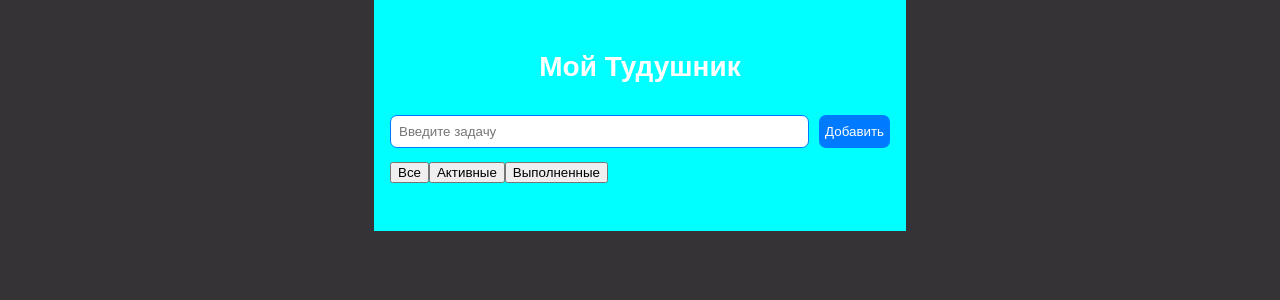
Repository: AlekCawka/-todo-project
Page: /
These files come from the project's save history. The page is drawn as it stood at one moment and after the next save; the edit follows.
The browser window is 1280 px wide. The pictures show the whole page.
The project was rebuilt for these pictures with package versions that can differ from the ones it lists, and the page was loaded fresh each time. Also part of the build but not shown: vite.config.js.

Above is the page before, as saved 2025-08-06 11:32:50.

### src/main.jsx
import React from 'react'
import ReactDOM from 'react-dom/client'
import App from './App.jsx'

ReactDOM.createRoot(document.getElementById('root')).render(
  <React.StrictMode>
    <App />
  </React.StrictMode>
)

### src/App.jsx
import React, { useState } from 'react';
import { useTodos } from './hooks/useTodos';

import './App.css';

const App = () => {
  const { todos, addTodo, deleteTodo, updateTodo, toggleCompleted } = useTodos();
  const [inputValue, setInputValue] = useState('');
  const [filter, setFilter] = useState('all');

  const handleAdd = () => {
    addTodo(inputValue);
    setInputValue('');
  }

  const handleChange = (e) => {
    setInputValue(e.target.value);
  }

  const getFilteredTodos = (todos, filter) => {
    switch (filter) {
      case 'active':
        return todos.filter(todo => !todo.completed);
      case 'completed':
        return todos.filter(todo => todo.completed);
      default:
        return todos;
    }
  };

  const filteredTodos = getFilteredTodos(todos, filter);

  return (
    <div className="container">
      <h1 className="title">Мой Тудушник</h1>

      <div className="form">
        <input
          type="text"
          placeholder="Введите задачу"
          value={inputValue}
          onChange={handleChange}
        />
        <button onClick={handleAdd}>Добавить</button>
      </div>

      <div className="filters">
        <button onClick={() => setFilter('all')}>Все</button>
        <button onClick={() => setFilter('active')}>Активные</button>
        <button onClick={() => setFilter('completed')}>Выполненные</button>
      </div>

      <ul className="list">
        {filteredTodos.map(todo => (
          <li key={todo.id} className="todo-item">
            <input
              type="checkbox"
              checked={todo.completed}
              onChange={() => toggleCompleted(todo.id)}
            />
            <span
              style={{ textDecoration: todo.completed ? 'line-through' : 'none' }}
            >
              {todo.text}
            </span>
            <button onClick={() => {
              const newText = prompt('Новое значение:', todo.text);
              if (newText) updateTodo(todo.id, newText);
            }}>Редактировать</button>
            <button onClick={() => deleteTodo(todo.id)}>Удалить</button>
          </li>
        ))}
      </ul>
    </div>
  );
};

export default App;

### src/hooks/useTodos.js
import { useState, useEffect } from 'react';
import { Trash2, Edit, Clock, Calendar, CheckSquare, Square } from 'lucide-react';

const generateId = () => crypto?.randomUUID?.() || `${Date.now()}-${Math.random()}`;

export const useTodos = () => {
    const [todos, setTodos] = useState([]);

    const normalize = (text) => text.trim().toLowerCase();

    useEffect(() => {
        const stored = localStorage.getItem('todos');
        if (stored) {
            setTodos(JSON.parse(stored));
        }
    }, []);

    useEffect(() => {
        localStorage.setItem('todos', JSON.stringify(todos));
    }, [todos]);

    const addTodo = (text, deadline = null) => {
        const trimmed = text.trim();

        if (!trimmed) return;

        const isDuplicate = todos.some(todo => normalize(todo.text) === normalize(text));

        if (isDuplicate) {
            return;
        }

        const newTodo = {
            id: generateId(),
            text: trimmed,
            completed: false,
            createdAt: new Date().toISOString(),
            deadline: deadline || null,
        };
        setTodos(prevTodos => [newTodo, ...prevTodos]);
    };

    const deleteTodo = (id) => {
        setTodos(prev => prev.filter(todo => todo.id !== id));
    };

    const updateTodo = (id, updates) => {
        setTodos(prev =>
            prev.map(todo =>
                todo.id === id ?
                    { ...todo, ...updates } : todo
            )
        );
    };

    const toggleCompleted = (id) => {
        setTodos(prev =>
            prev.map(todo =>
                todo.id === id ?
                    { ...todo, completed: !todo.completed } : todo
            )
        )
    }

    return {
        todos,
        addTodo,
        deleteTodo,
        updateTodo,
        toggleCompleted
    };
};

### src/App.css
body {
    font-family: sans-serif;
    background: rgb(53, 51, 54);
    margin: 0;
    padding: 0;
}

.container {
    max-width: 500px;
    margin: 0 auto;
    padding: 32px 16px;
    background-color: aqua;
}

.title {
    text-align: center;
    font-size: 28px;
    margin-bottom: 2rem;
    color: white;
}

.form {
    display: flex;
    gap: 10px;
    margin-bottom: 14px;
}

.form input {
    flex: 1;
    padding: 8px;
    border: 1px solid #007bff;
    border-radius: 7px;

}

.form button {
    background-color: #007bff;
    color: white;
    border: none;
    border-radius: 7px;
    cursor: pointer;
    transition: background-color 0.3s;
}

.form button:hover {
    background-color: #0056b3
}

/*
.filters {
  display: flex;
  justify-content: center;
  gap: 0.5rem;
  margin-bottom: 1rem;
}

.filters button {
  padding: 0.4rem 0.8rem;
  border: 1px solid #ccc;
  border-radius: 6px;
  background-color: white;
  cursor: pointer;
  transition: all 0.2s;
}

.filters button:hover {
  background-color: #e9ecef;
}

.list {
  list-style: none;
  padding: 0;
  margin: 0;
}
 */

After the next save:
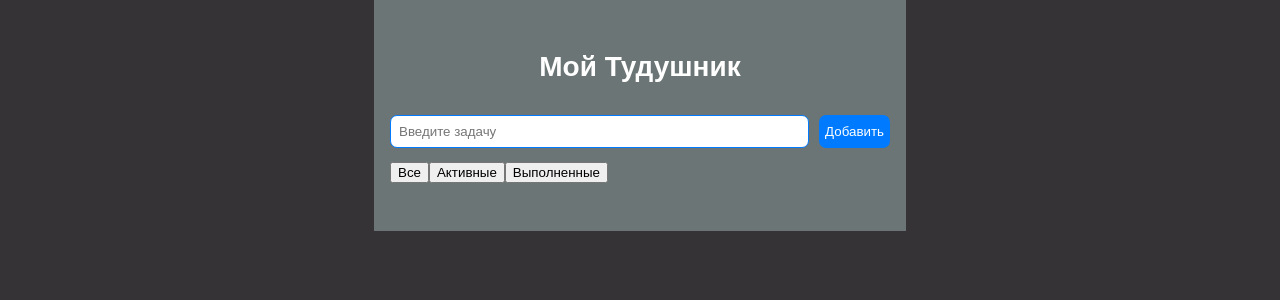
Saved 102 s later.
--- a/src/App.css
+++ b/src/App.css
@@ -9,7 +9,7 @@ body {
     max-width: 500px;
     margin: 0 auto;
     padding: 32px 16px;
-    background-color: aqua;
+    background-color: rgb(108, 117, 117);
 }
 
 .title {
